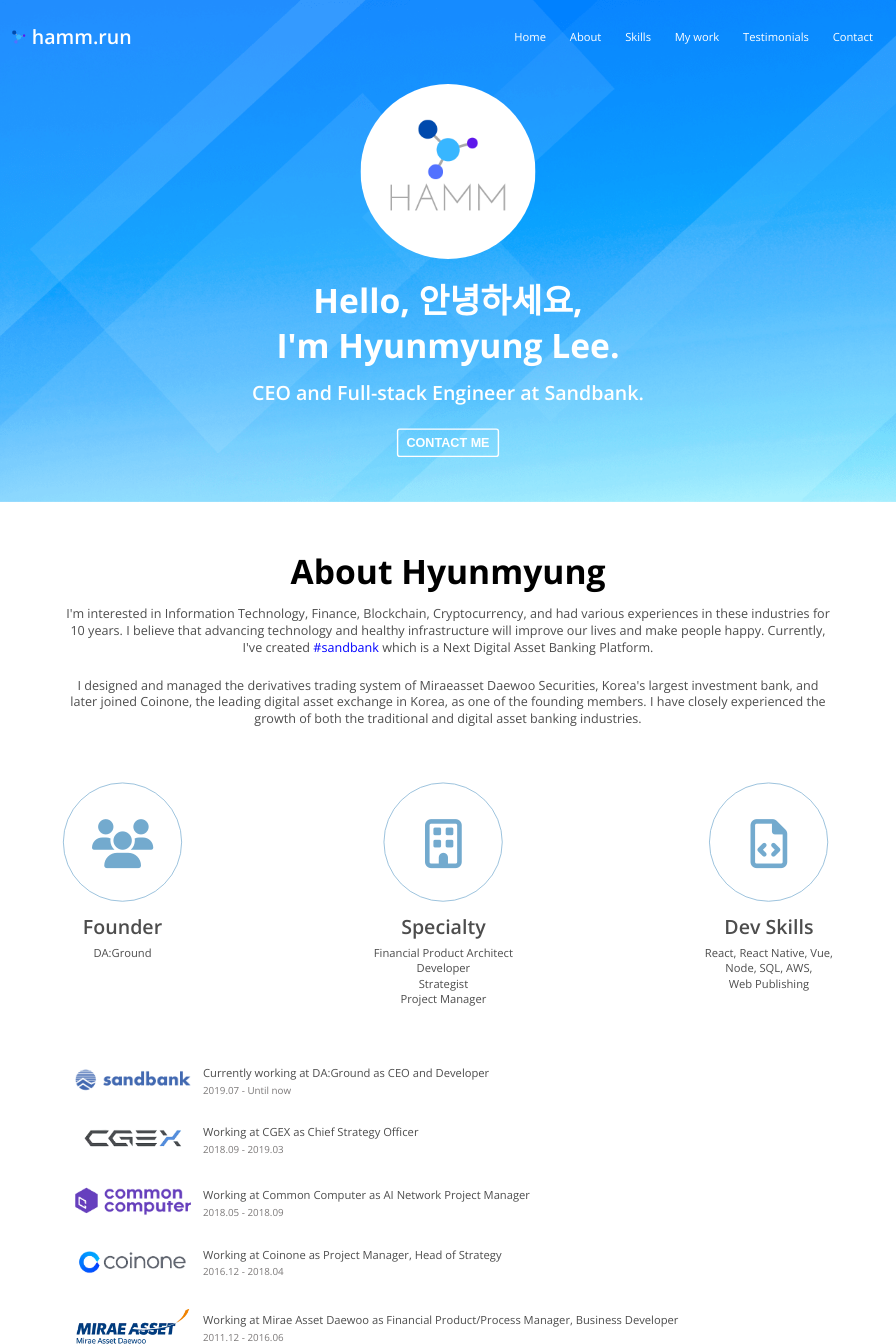
Repository: hammlee/portfolio
Page: index.html
These files come from the project's save history. The page is drawn as it stood at one moment and after the next save; the edit follows.
The browser window is 1280 px wide. The pictures show the part of the page from y = 0 to 1920 px (the page is 3759 px tall), at 70% of full size.
Some web libraries are served in a nearby version.

Above is the page before, as saved 2021-04-22 20:35:19.

### index.html
<!-- @format -->

<!DOCTYPE html>
<html lang="en">
  <head>
    <meta charset="UTF-8" />
    <meta name="viewport" content="width=device-width, initial-scale=1.0" />
    <title>Hamm's Portfolio</title>
    <meta name="description" content="Portfolio for Hamm" />
    <meta name="author" content="Hamm" />
    <link rel="icon" type="image/png" href="images/favicon.png" />
    <script
      src="https://kit.fontawesome.com/7493b4a30b.js"
      crossorigin="anonymous"
    ></script>
    <link
      href="https://fonts.googleapis.com/css2?family=Open+Sans:wght@400;600;700&display=swap"
      rel="stylesheet"
    />
    <link rel="stylesheet" href="style.css" />
    <script src="main.js" defer></script>
  </head>

  <body>
    <!-- Navbar -->
    <nav id="navbar">
      <div class="navbar__logo">
        <img src="images/favicon.png" alt="" width="22px;" />
        <a href="#">hamm.run</a>
      </div>
      <ul class="navbar__menu">
        <li class="navbar__menu__item" data-link="#home">Home</li>
        <li class="navbar__menu__item" data-link="#about">About</li>
        <li class="navbar__menu__item" data-link="#skills">Skills</li>
        <li class="navbar__menu__item" data-link="#work">My work</li>
        <li class="navbar__menu__item" data-link="#testimonials">
          Testimonials
        </li>
        <li class="navbar__menu__item" data-link="#contact">Contact</li>
      </ul>
      <!-- Toggle button -->
      <button class="navbar__toggle-btn">
        <i class="fas fa-bars"></i>
      </button>
    </nav>

    <!-- Home -->
    <section id="home" class="section">
      <div class="home__container">
        <img
          src="images/portfolio-logo.png"
          alt="Hamm's profile photo"
          class="home__avatar"
        />
        <h1 class="home__title">
          Hello, 안녕하세요, <br />
          I'm Hyunmyung Lee.
        </h1>
        <h2 class="home__description">
          CEO and Full-stack Engineer at Sandbank.
        </h2>
        <button class="home__contact" data-link="#contact">CONTACT ME</button>
      </div>
    </section>

    <!-- About -->
    <section id="about" class="section section__container">
      <h1>About Hyunmyung</h1>
      <p>
        I'm interested in Information Technology, Finance, Blockchain,
        Cryptocurrency, and had various experiences in these industries for 10
        years. I believe that advancing technology and healthy infrastructure
        will improve our lives and make people happy. Currently, I've created
        <a href="https://sandbank.io" target="_blank" style="color: blue"
          >#sandbank</a
        >
        which is a Next Digital Asset Banking Platform.
      </p>
      <br />
      <p>
        I designed and managed the derivatives trading system of Miraeasset
        Daewoo Securities, Korea's largest investment bank, and later joined
        Coinone, the leading digital asset exchange in Korea, as one of the
        founding members. I have closely experienced the growth of both the
        traditional and digital asset banking industries.
      </p>
      <div class="about__majors">
        <div class="major">
          <div class="major__icon">
            <i class="fas fa-users"></i>
          </div>
          <h2 class="major__title">Founder</h2>
          <div class="major__description">
            <!-- DA:Ground -->
            <a href="http://corp.sandbank.io" target="_blank">DA:Ground</a>
          </div>
        </div>
        <div class="major">
          <div class="major__icon">
            <i class="far fa-building"></i>
          </div>
          <h2 class="major__title">Specialty</h2>
          <div class="major__description">
            Financial Product Architect <br />
            Developer <br />
            Strategist <br />
            Project Manager
          </div>
        </div>
        <div class="major">
          <div class="major__icon">
            <i class="far fa-file-code"></i>
          </div>
          <h2 class="major__title">Dev Skills</h2>
          <div class="major__description">
            React, React Native, Vue,<br />
            Node, SQL, AWS,<br />
            Web Publishing
          </div>
        </div>
      </div>
      <div class="about__jobs">
        <div class="job">
          <a href="https://sandbank.io" target="_blank">
            <img src="images/sandbank.png" alt="sandbank" class="job__logo" />
          </a>
          <div class="job__description">
            <p class="job__name">
              Currently working at DA:Ground as CEO and Developer
            </p>
            <p class="job__period">2019.07 - Until now</p>
          </div>
        </div>
        <hr />
        <div class="job">
          <a href="https://coinone.co.kr" target="_blank">
            <img src="images/cgex.png" alt="cgex" class="job__logo" />
          </a>
          <div class="job__description">
            <p class="job__name">Working at CGEX as Chief Strategy Officer</p>
            <p class="job__period">2018.09 - 2019.03</p>
          </div>
        </div>
        <hr />
        <div class="job">
          <a href="https://comcom.ai/" target="_blank">
            <img
              src="images/commoncomputer.png"
              alt="commoncomputer"
              class="job__logo"
            />
          </a>
          <div class="job__description">
            <p class="job__name">
              Working at Common Computer as AI Network Project Manager
            </p>
            <p class="job__period">2018.05 - 2018.09</p>
          </div>
        </div>
        <hr />
        <div class="job">
          <a href="https://coinone.co.kr" target="_blank">
            <img src="images/coinone.png" alt="coinone" class="job__logo" />
          </a>
          <div class="job__description">
            <p class="job__name">
              Working at Coinone as Project Manager, Head of Strategy
            </p>
            <p class="job__period">2016.12 - 2018.04</p>
          </div>
        </div>
        <hr />
        <div class="job">
          <a href="https://securities.miraeasset.com" target="_blank">
            <img
              src="images/miraeassetdaewoo.png"
              alt="miraeassetdaewoo"
              class="job__logo"
            />
          </a>
          <div class="job__description">
            <p class="job__name">
              Working at Mirae Asset Daewoo as Financial Product/Process
              Manager, Business Developer
            </p>
            <p class="job__period">2011.12 - 2016.06</p>
          </div>
        </div>
        <div class="job">
          <a href="https://kaist.ac.kr" target="_blank">
            <img src="images/kaist.png" alt="kaist" class="job__logo" />
          </a>
          <div class="job__description">
            <p class="job__name">
              Studying Computer Scinece at Korea Advanced Institute of Science
              and Technologies, BA.
            </p>
            <p class="job__period">2004.03 - 2012.02</p>
          </div>
        </div>
      </div>
    </section>

    <!-- Skills -->
    <!-- <section id="skills" class="section">
      <div class="section__container">
        <h1>Skills</h1>
        <h2>Skills & Attributes</h2>
        <p>
          Lorem ipsum, dolor sit amet consectetur adipisicing elit. Blanditiis,
          cum, necessitatibus cumque tempora voluptas ratione eum quibusdam ipsa
          laudantium facilis corporis odio! Excepturi quis nobis quibusdam
          facere labore eum debitis?
        </p>
        <div class="skillset">
          <div class="skillset__left">
            <h3 class="skillset__title">Skills</h3>
            <div class="skill">
              <div class="skill__description">
                <span>HTML</span>
                <span>90%</span>
              </div>
              <div class="skill__bar">
                <div class="skill__value" style="width: 99%"></div>
              </div>
            </div>
            <div class="skill">
              <div class="skill__description">
                <span>CSS</span>
                <span>99%</span>
              </div>
              <div class="skill__bar">
                <div class="skill__value" style="width: 99%"></div>
              </div>
            </div>
            <div class="skill">
              <div class="skill__description">
                <span>JavaScript</span>
                <span>99%</span>
              </div>
              <div class="skill__bar">
                <div class="skill__value" style="width: 99%"></div>
              </div>
            </div>
            <div class="skill">
              <div class="skill__description">
                <span>TypeScript</span>
                <span>99%</span>
              </div>
              <div class="skill__bar">
                <div class="skill__value" style="width: 99%"></div>
              </div>
            </div>
            <div class="skill">
              <div class="skill__description">
                <span>Vue</span>
                <span>99%</span>
              </div>
              <div class="skill__bar">
                <div class="skill__value" style="width: 99%"></div>
              </div>
            </div>
            <div class="skill">
              <div class="skill__description">
                <span>NodeJS</span>
                <span>99%</span>
              </div>
              <div class="skill__bar">
                <div class="skill__value" style="width: 99%"></div>
              </div>
            </div>
          </div>
          <div class="skillset__right">
            <div class="tools">
              <h3 class="skillset__title">Tools</h3>
              <ul class="tools__list">
                <li>
                  <span>VS Code</span>
                </li>
                <li>
                  <span>VS Code</span>
                </li>
                <li>
                  <span>VS Code</span>
                </li>
                <li>
                  <span>VS Code</span>
                </li>
                <li>
                  <span>VS Code</span>
                </li>
              </ul>
            </div>
            <div class="etc">
              <h3 class="skillset__title">Etc</h3>
              <ul class="etc__list">
                <li><span>Git</span></li>
                <li><span>Scrum Master</span></li>
                <li><span>Math</span></li>
              </ul>
            </div>
          </div>
        </div>
      </div>
    </section> -->

    <!-- Work -->
    <section id="work" class="section">
      <div class="section__container">
        <h1>My Work</h1>
        <h2>Project</h2>
        <div class="work__categories">
          <button class="category__btn selected" data-filter="*">
            All <span class="category__count">1</span>
          </button>
          <button class="category__btn" data-filter="front-end">
            Miraeasset <span class="category__count">2</span>
          </button>
          <button class="category__btn" data-filter="back-end">
            Coinone <span class="category__count">3</span>
          </button>
          <button class="category__btn" data-filter="mobile">
            AI Network <span class="category__count">4</span>
          </button>
        </div>
        <div class="work__projects">
          <a href="#" class="project" target="_blank" data-type="front-end">
            <img class="project__img" src="images/projects/mobile.png" alt="" />
            <div class="project__description">
              <h3>Youtube Site</h3>
              <span>Clone coding with HTML and CSS</span>
            </div>
          </a>
          <a href="#" class="project" target="_blank" data-type="back-end">
            <img class="project__img" src="images/projects/mobile.png" alt="" />
            <div class="project__description">
              <h3>Youtube Site</h3>
              <span>Clone coding with HTML and CSS</span>
            </div>
          </a>
          <a href="#" class="project" target="_blank" data-type="front-end">
            <img class="project__img" src="images/projects/mobile.png" alt="" />
            <div class="project__description">
              <h3>Youtube Site</h3>
              <span>Clone coding with HTML and CSS</span>
            </div>
          </a>
          <a href="#" class="project" target="_blank" data-type="mobile">
            <img class="project__img" src="images/projects/mobile.png" alt="" />
            <div class="project__description">
              <h3>Youtube Site</h3>
              <span>Clone coding with HTML and CSS</span>
            </div>
          </a>
        </div>
      </div>
    </section>

    <!-- Testimonials -->
    <section id="testimonials" class="section">
      <div class="section__container">
        <h1>Testimonials</h1>
        <h2>Lorem ipsum dolor sit amet.</h2>
        <div class="testimonials">
          <div class="testimonial">
            <img
              class="testimonial__avatar"
              src="/images/testimonials/people1.jpg"
              alt=""
            />
            <div class="testimonial__speech-bubble">
              <p>
                Lorem ipsum dolor sit amet consectetur, adipisicing elit.
                Blanditiis fuga inventore eligendi explicabo magnam velit,
                consequatur nam aliquam temporibus tempore eveniet earum libero
                provident architecto, sequi nihil doloremque? Voluptatem,
                doloremque?
              </p>
              <p class="name"><a href="">Hamm</a> / Samsung</p>
            </div>
          </div>
          <div class="testimonial">
            <div class="testimonial__speech-bubble">
              <p>
                Lorem ipsum, dolor sit amet consectetur adipisicing elit.
                Facilis vel at perspiciatis ut perferendis porro provident
                voluptatem sapiente, minus necessitatibus rem a veritatis magnam
                ab ex beatae omnis optio enim.
              </p>
              <p class="name"><a href="">Hamm</a> / Samsung</p>
            </div>
            <img
              class="testimonial__avatar"
              src="/images/testimonials/people1.jpg"
              alt=""
            />
          </div>
        </div>
      </div>
    </section>

    <!-- Contact -->
    <section id="contact" class="section">
      <h1 class="contact__title">Let's talk</h1>
      <h2 class="contact__email">aka.hamm@gmail.com</h2>
      <div class="contact__links">
        <a href="https://www.facebook.com/hyunmyung.lee.10" target="_blank">
          <i class="fab fa-facebook-square"></i>
        </a>
        <a href="https://github.com/hammlee" target="_blank">
          <i class="fab fa-github"></i>
        </a>
        <a
          href="https://www.linkedin.com/in/hyunmyung-jason-lee-b5a822b5/"
          target="_blank"
        >
          <i class="fa fa-linkedin-square"></i>
        </a>
      </div>
      <p class="contact__rights">2021 hamm.run - All rights reserved</p>
    </section>

    <!-- Arrow Up -->
    <button class="arrow-up">
      <i class="fas fa-arrow-up"></i>
    </button>
  </body>
</html>

Loaded but not shown: main.js (103 lines, source omitted); style.css (561 lines, source omitted)

After the next save:
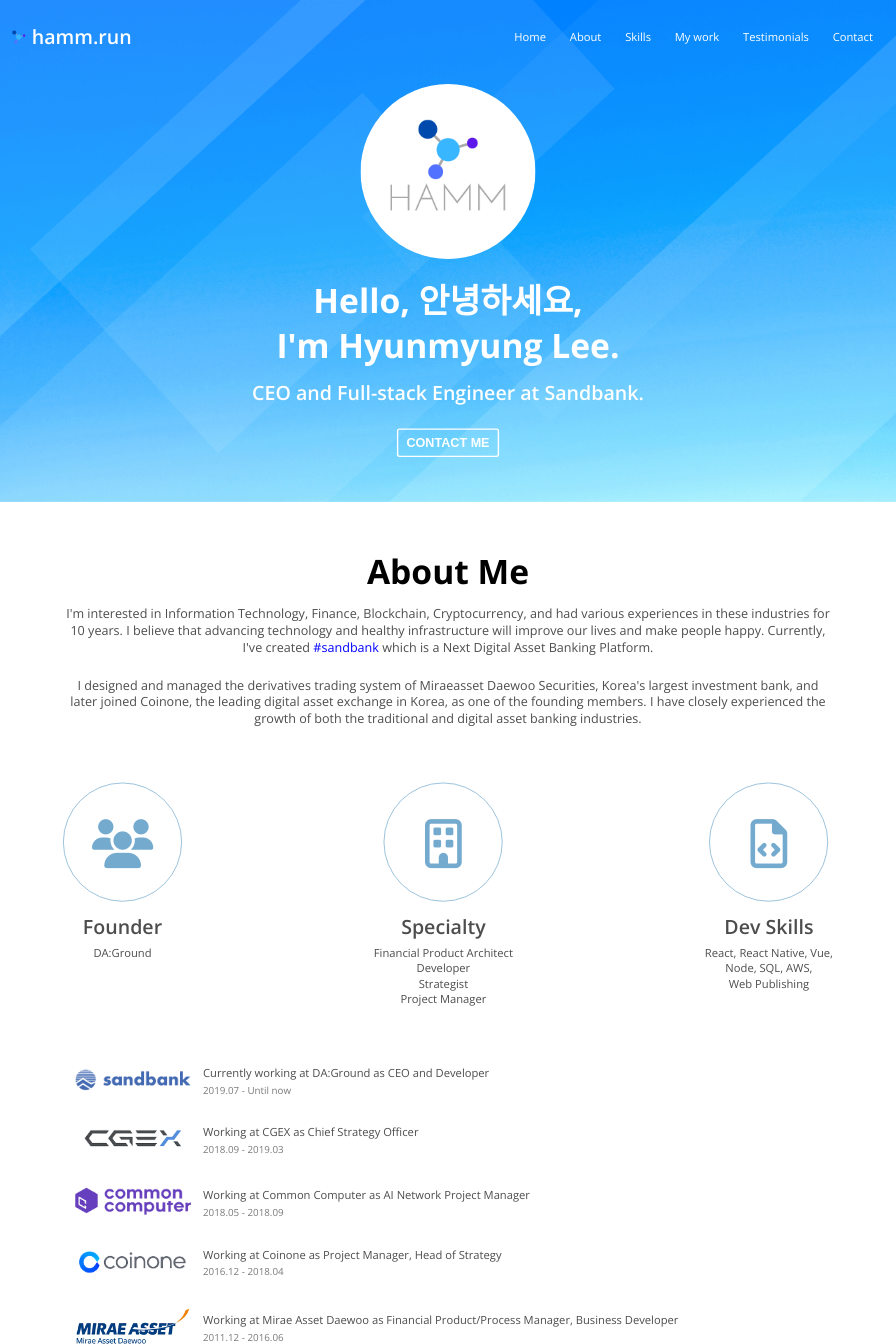
Saved 5 s later.
--- a/index.html
+++ b/index.html
@@ -65,7 +65,7 @@
 
     <!-- About -->
     <section id="about" class="section section__container">
-      <h1>About Hyunmyung</h1>
+      <h1>About Me</h1>
       <p>
         I'm interested in Information Technology, Finance, Blockchain,
         Cryptocurrency, and had various experiences in these industries for 10
